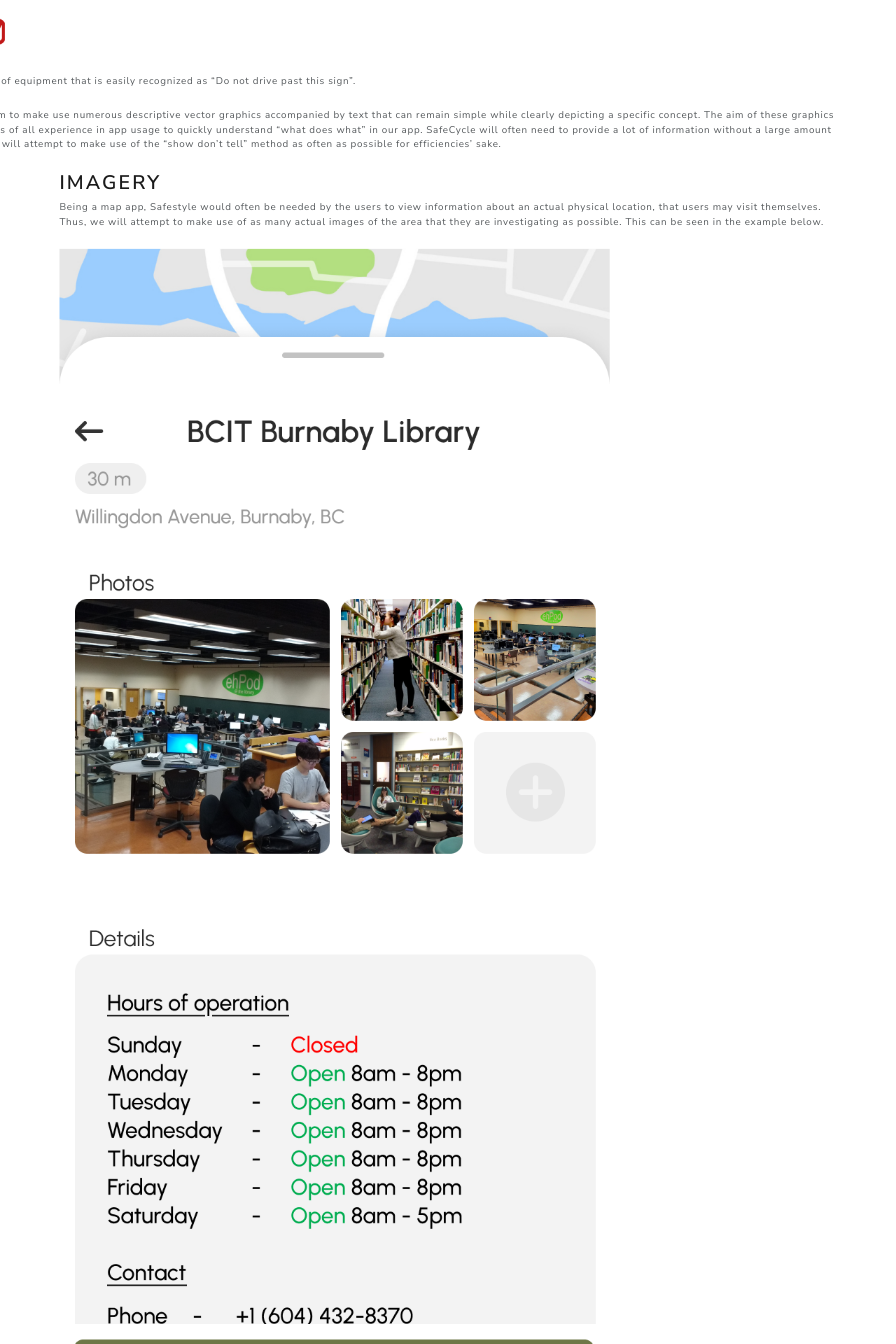
Repository: Aladdin3r/safecycle-styleguide
Page: /
An editor plug-in stored every save of this project. The page is shown before and after the next save, followed by the edit.
The browser window is 1280 px wide. The pictures show the part of the page from y = 3421 to 5341 px (the page is 5611 px tall before and 5639 px after), at 70% of full size.
The project was rebuilt for these pictures with package versions that can differ from the ones it lists, and the page was loaded fresh each time. The framework's server and built-in components were replaced by stand-ins that run in the browser. Also part of the build but not shown: next.config.mjs.

Above is the page before, as saved 2024-04-09 22:33:32.

After the next save:
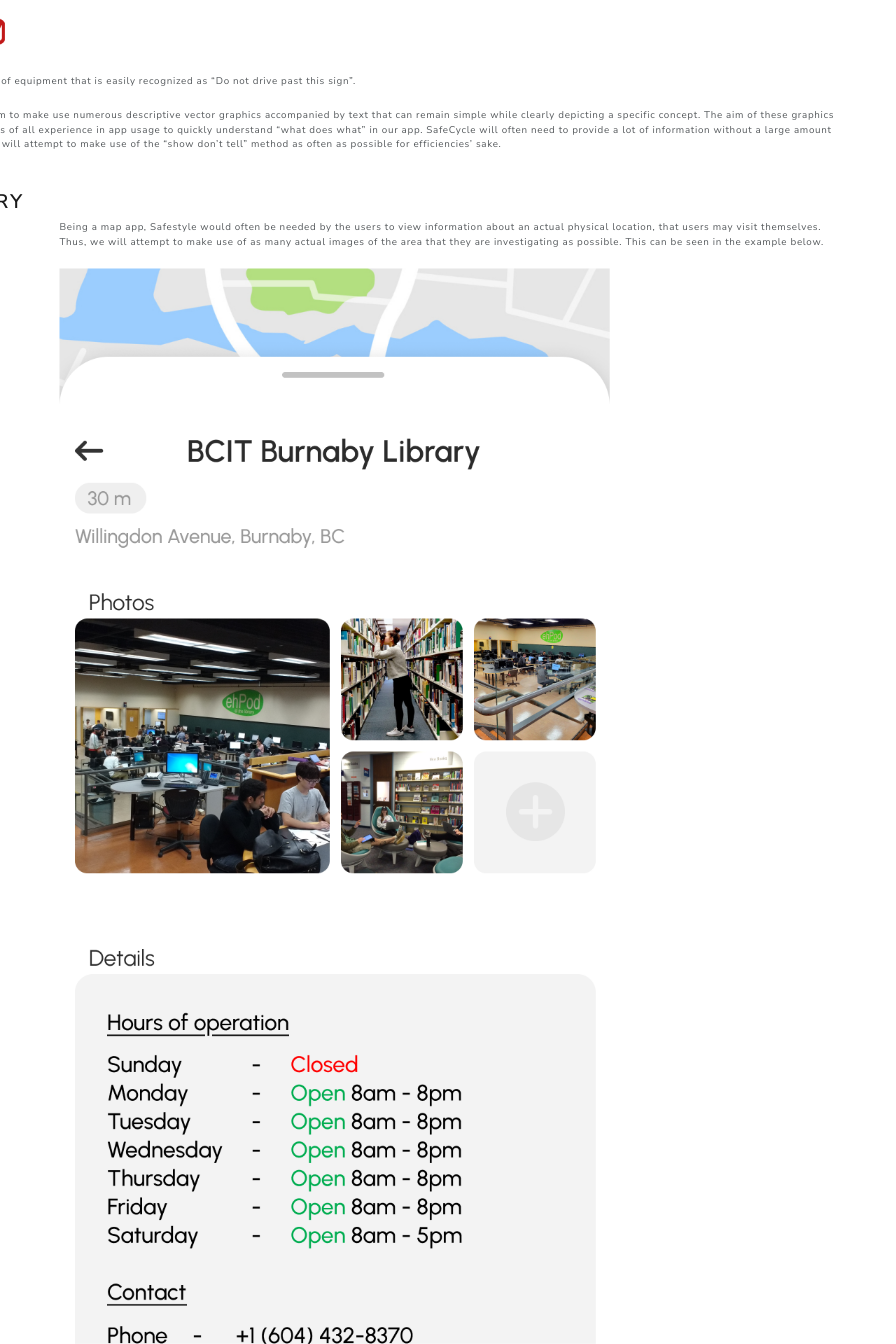
Saved 14 s later.
--- a/pages/index.js
+++ b/pages/index.js
@@ -189,7 +189,7 @@
         <img className={styles.RoadClosed} src="/RoadClosed.png" alt="Raod Closed"></img>
         <div className={styles.graphicDesc}>An iconic piece of equipment that is easily recognized as “Do not drive past this sign”.</div>
         <div className={styles.graphicExpl}>Our app will aim to make use numerous descriptive vector graphics accompanied by text that can remain simple while clearly depicting a specific concept. The aim of these graphics is to allow users of all experience in app usage to quickly understand “what does what” in our app. SafeCycle will often need to provide a lot of information without a large amount of pages so we will attempt to make use of the “show don’t tell” method as often as possible for efficiencies’ sake.</div>
-        <h2>IMAGERY</h2>
+        <h2 className={styles.graphicTitle}>IMAGERY</h2>
         <div>Being a map app, Safestyle would often be needed by the users to view information about an actual physical location, that users may visit themselves. Thus, we will attempt to make use of as many actual images of the area that they are investigating as possible. This can be seen in the example below.</div>
         <img className={styles.locationPage} src="/locationPage.png" alt="Location Page"></img>
 
